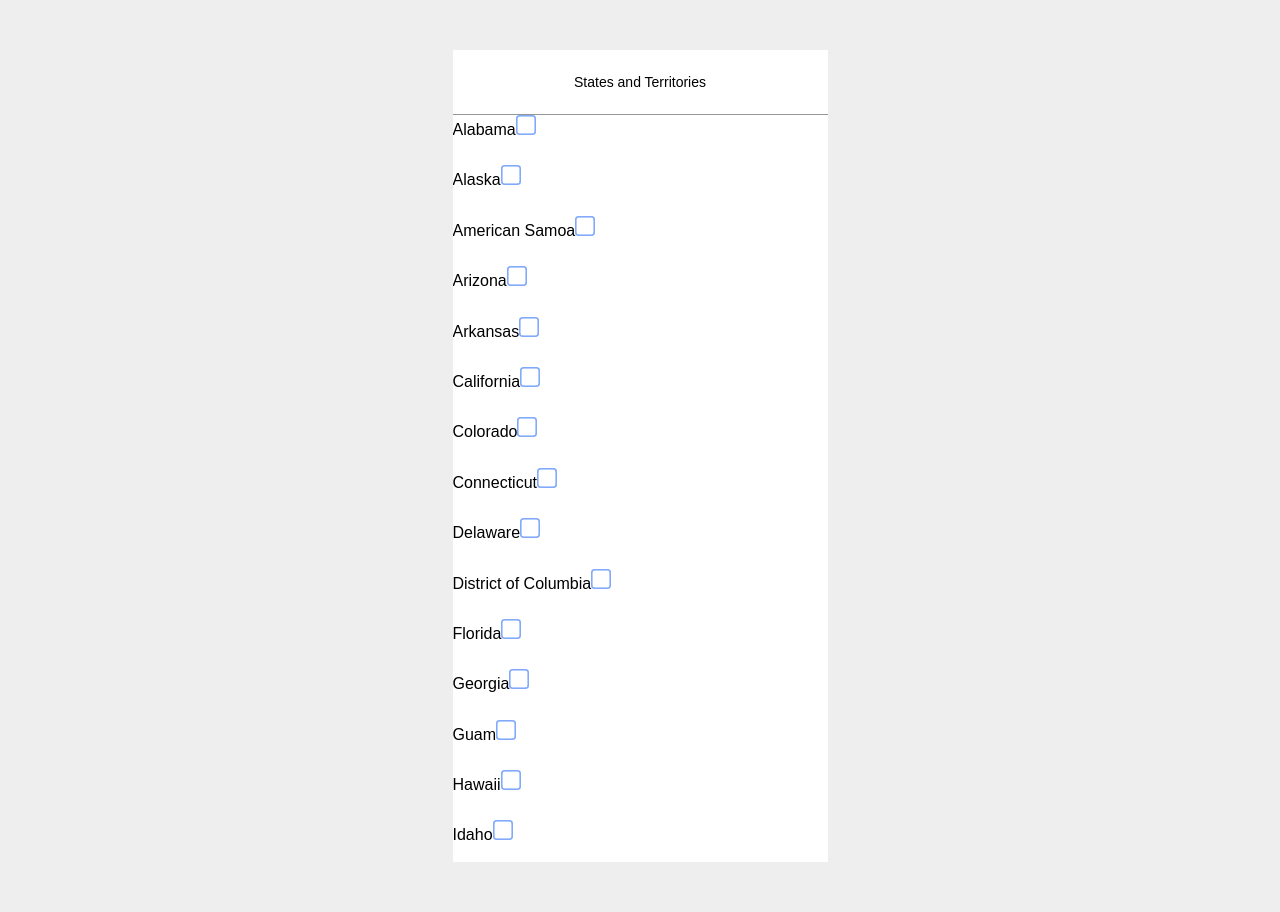
Repository: zitac234/codingTest
Page: /
The author's editor kept a copy of each file at every save. The page is drawn from the files as they stood at one save, then again after a run of saves.
The browser window is 1280 px wide. The pictures show the whole page.
The project was rebuilt for these pictures with package versions that can differ from the ones it lists, and the page was loaded fresh each time.

Above is the page before, as saved 2021-03-31 15:22:03.

After the next 2 saves:
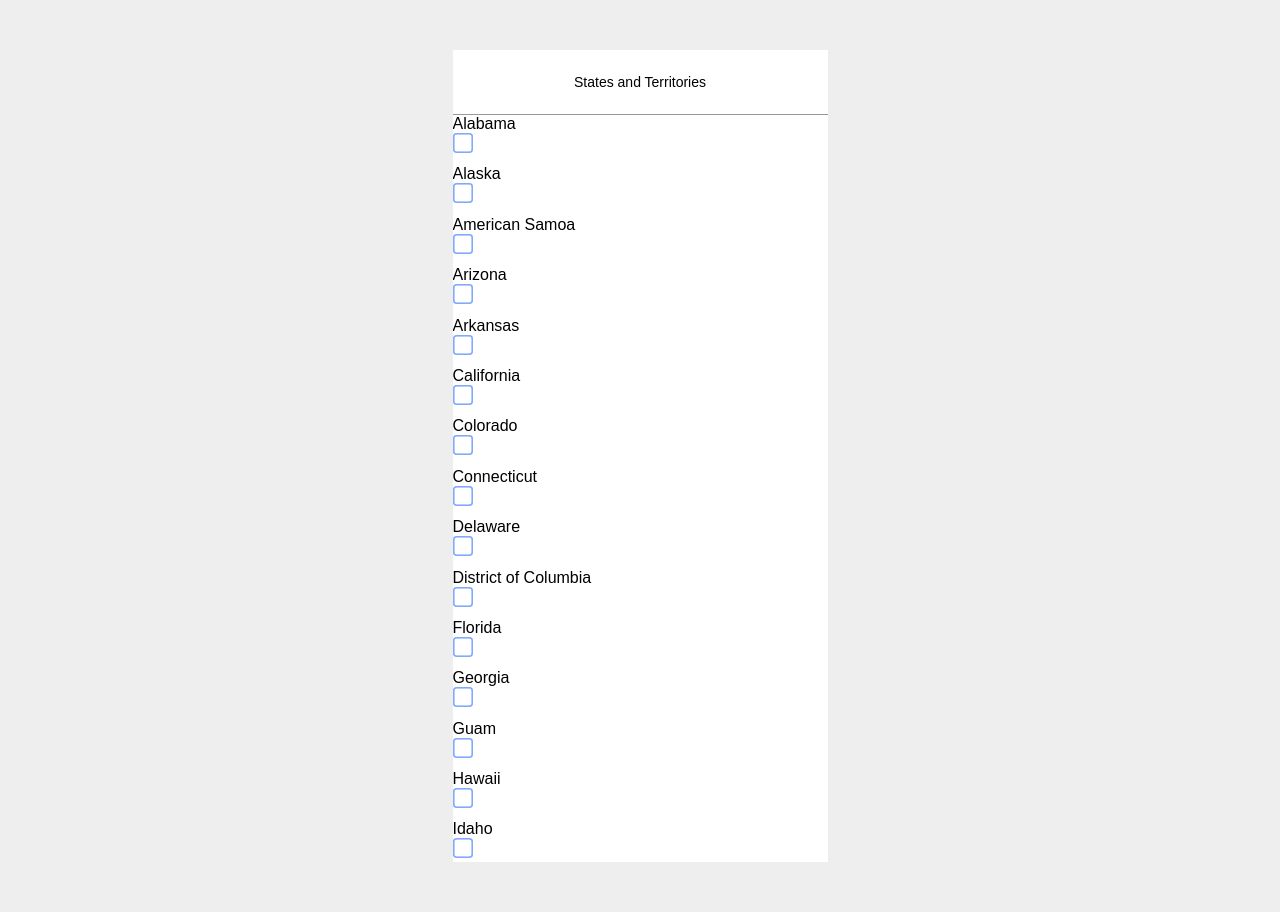
The 2 saves are shown as one change because they came seconds apart.
The last was saved 5 s later.
--- a/src/List.js
+++ b/src/List.js
@@ -7,7 +7,7 @@ export function List(props) {
       {props.items.map((item) => (
         <Fragment key={item}>
           <div className='line'>
-            <div></div>{item}<Checkbox/><br />
+            <div>{item}</div><Checkbox/><br />
           {/* You also have <Checkbox selected={false} /> */}
           </div>
           </Fragment>
